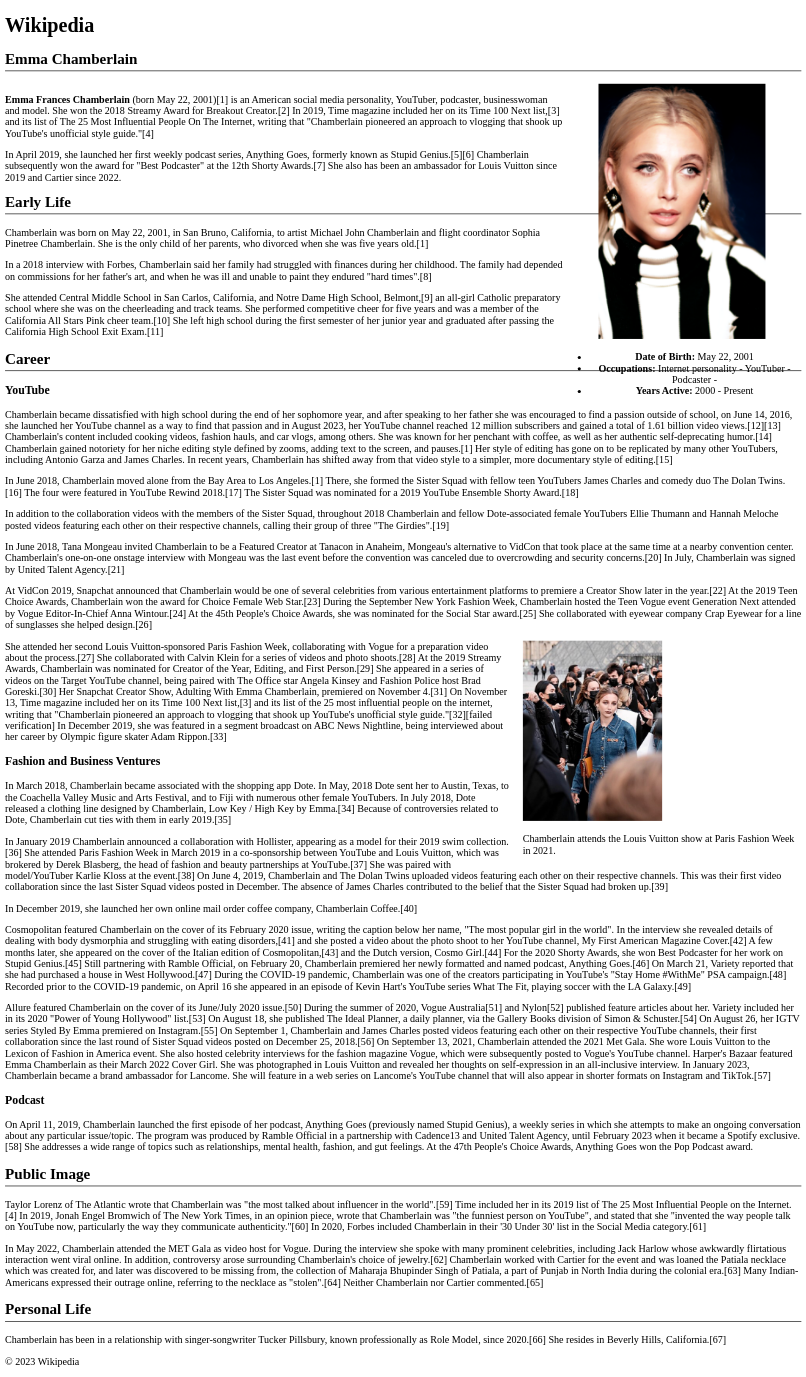
Repository: ethan-schrauf/UniversalDesignWebsite
Page: wikipedia.html
These files come from the project's save history. The page is drawn as it stood at one moment and after the next save; the edit follows.
The browser window is 1280 px wide. The pictures show the whole page, at 63% of full size.

Above is the page before, as saved 2023-09-29 23:13:01.

### wikipedia.html
<!DOCTYPE html>
<html>
<head>
    <title>Emma Chamberlain - Wikipedia</title>
    <style>
        /* Add your CSS for styling here */
        #intro {
            float: left;
            width: 70%;
        }

        #infobox {
            float: right;
            width: 30%;
            text-align: center;
        }

        #infobox img {
            max-width: 100%;
            height: auto;
        }

        /* New section for the fashion week photo */
        #fashion-week-photo {
            float: right;
            width: 35%;
            margin-left: 20px; /* Add some margin to separate it from the text */
        }

        #fashion-week-photo img {
            max-width: 100%;
            height: auto;
        }

        /* Add a line below h2 headings */
        h2 {
            border-bottom: 1px solid #000; /* Change the color and style as needed */
            padding-bottom: 5px; /* Adjust the spacing between the text and the line */
        }

        /* Add the .sr-only class styles */
        .sr-only {
            border: 0;
            clip: rect(0, 0, 0, 0);
            height: 1px;
            margin: -1px;
            overflow: hidden;
            padding: 0;
            position: absolute;
            white-space: nowrap;
            width: 1px;
        }
    </style>
</head>
<body>

<!-- Header -->
<header>
    <h1>Wikipedia</h1>
</header>

<!-- Main content -->
<main>
    <h2>Emma Chamberlain</h2>

    <!-- Intro paragraph -->
    <section id="intro">
        <p><strong>Emma Frances Chamberlain</strong> (born May 22, 2001)[1] is an American social media personality, YouTuber, podcaster, businesswoman and model. She won the 2018 Streamy Award for Breakout Creator.[2] In 2019, Time magazine included her on its Time 100 Next list,[3] and its list of The 25 Most Influential People On The Internet, writing that "Chamberlain pioneered an approach to vlogging that shook up YouTube's unofficial style guide."[4]
        </p>
        <p>In April 2019, she launched her first weekly podcast series, Anything Goes, formerly known as Stupid Genius.[5][6] Chamberlain subsequently won the award for "Best Podcaster" at the 12th Shorty Awards.[7] She also has been an ambassador for Louis Vuitton since 2019 and Cartier since 2022.</p>
    </section>

    <!-- Infobox with photo, date of birth, occupations, and years active -->
    <section id="infobox">
        <img src="images/emma_info_photo.png" alt="Emma Chamberlain in a black striped sweater with black and gold earrings." width="70%">
        <ul>
            <li><b>Date of Birth:</b> May 22, 2001</li>
            <li><b>Occupations:</b> Internet personality - YouTuber - Podcaster -</li>
            <li><b>Years Active:</b> 2000 - Present</li>
        </ul>
    </section>

    <!-- Early life -->

    <h2>Early Life</h2>
    <p>Chamberlain was born on May 22, 2001, in San Bruno, California, to artist Michael John Chamberlain and flight coordinator Sophia Pinetree Chamberlain. She is the only child of her parents, who divorced when she was five years old.[1]</p>
    <p>In a 2018 interview with Forbes, Chamberlain said her family had struggled with finances during her childhood. The family had depended on commissions for her father's art, and when he was ill and unable to paint they endured "hard times".[8]</p>
    <p>She attended Central Middle School in San Carlos, California, and Notre Dame High School, Belmont,[9] an all-girl Catholic preparatory school where she was on the cheerleading and track teams. She performed competitive cheer for five years and was a member of the California All Stars Pink cheer team.[10] She left high school during the first semester of her junior year and graduated after passing the California High School Exit Exam.[11]</p>

    <!-- Career -->
    <h2>Career</h2>

    <!-- YouTube -->
    <h3>YouTube</h3>

    <p>Chamberlain became dissatisfied with high school during the end of her sophomore year, and after speaking to her father she was encouraged to find a passion outside of school, on June 14, 2016, she launched her YouTube channel as a way to find that passion and in August 2023, her YouTube channel reached 12 million subscribers and gained a total of 1.61 billion video views.[12][13] Chamberlain's content included cooking videos, fashion hauls, and car vlogs, among others. She was known for her penchant with coffee, as well as her authentic self-deprecating humor.[14] Chamberlain gained notoriety for her niche editing style defined by zooms, adding text to the screen, and pauses.[1] Her style of editing has gone on to be replicated by many other YouTubers, including Antonio Garza and James Charles. In recent years, Chamberlain has shifted away from that video style to a simpler, more documentary style of editing.[15]</p>
    <p>In June 2018, Chamberlain moved alone from the Bay Area to Los Angeles.[1] There, she formed the Sister Squad with fellow teen YouTubers James Charles and comedy duo The Dolan Twins.[16] The four were featured in YouTube Rewind 2018.[17] The Sister Squad was nominated for a 2019 YouTube Ensemble Shorty Award.[18]</p>
    <p>In addition to the collaboration videos with the members of the Sister Squad, throughout 2018 Chamberlain and fellow Dote-associated female YouTubers Ellie Thumann and Hannah Meloche posted videos featuring each other on their respective channels, calling their group of three "The Girdies".[19]</p>
    <p>In June 2018, Tana Mongeau invited Chamberlain to be a Featured Creator at Tanacon in Anaheim, Mongeau's alternative to VidCon that took place at the same time at a nearby convention center. Chamberlain's one-on-one onstage interview with Mongeau was the last event before the convention was canceled due to overcrowding and security concerns.[20] In July, Chamberlain was signed by United Talent Agency.[21]</p>
    <p>At VidCon 2019, Snapchat announced that Chamberlain would be one of several celebrities from various entertainment platforms to premiere a Creator Show later in the year.[22] At the 2019 Teen Choice Awards, Chamberlain won the award for Choice Female Web Star.[23] During the September New York Fashion Week, Chamberlain hosted the Teen Vogue event Generation Next attended by Vogue Editor-In-Chief Anna Wintour.[24] At the 45th People's Choice Awards, she was nominated for the Social Star award.[25] She collaborated with eyewear company Crap Eyewear for a line of sunglasses she helped design.[26]</p>

    <!-- Add the new section for the photo and description -->
<section id="fashion-week-photo">
    <img src="images/louis-vuitton-show.png" alt="Emma Chamberlain at the Louis Vuitton show at Paris Fashion Week in 2021" width="50%">
    <p>Chamberlain attends the Louis Vuitton show at Paris Fashion Week in 2021.</p>
</section>
    <p>She attended her second Louis Vuitton-sponsored Paris Fashion Week, collaborating with Vogue for a preparation video about the process.[27] She collaborated with Calvin Klein for a series of videos and photo shoots.[28] At the 2019 Streamy Awards, Chamberlain was nominated for Creator of the Year, Editing, and First Person.[29] She appeared in a series of videos on the Target YouTube channel, being paired with The Office star Angela Kinsey and Fashion Police host Brad Goreski.[30] Her Snapchat Creator Show, Adulting With Emma Chamberlain, premiered on November 4.[31] On November 13, Time magazine included her on its Time 100 Next list,[3] and its list of the 25 most influential people on the internet, writing that "Chamberlain pioneered an approach to vlogging that shook up YouTube's unofficial style guide."[32][failed verification] In December 2019, she was featured in a segment broadcast on ABC News Nightline, being interviewed about her career by Olympic figure skater Adam Rippon.[33]</p>

    <!-- Fashion and Business Ventures -->
    <h3>Fashion and Business Ventures</h3>

    <p>In March 2018, Chamberlain became associated with the shopping app Dote. In May, 2018 Dote sent her to Austin, Texas, to the Coachella Valley Music and Arts Festival, and to Fiji with numerous other female YouTubers. In July 2018, Dote released a clothing line designed by Chamberlain, Low Key / High Key by Emma.[34] Because of controversies related to Dote, Chamberlain cut ties with them in early 2019.[35]</p>
    <p>In January 2019 Chamberlain announced a collaboration with Hollister, appearing as a model for their 2019 swim collection.[36] She attended Paris Fashion Week in March 2019 in a co-sponsorship between YouTube and Louis Vuitton, which was brokered by Derek Blasberg, the head of fashion and beauty partnerships at YouTube.[37] She was paired with model/YouTuber Karlie Kloss at the event.[38] On June 4, 2019, Chamberlain and The Dolan Twins uploaded videos featuring each other on their respective channels. This was their first video collaboration since the last Sister Squad videos posted in December. The absence of James Charles contributed to the belief that the Sister Squad had broken up.[39]</p>
    <p>In December 2019, she launched her own online mail order coffee company, Chamberlain Coffee.[40]</p>
    <p>Cosmopolitan featured Chamberlain on the cover of its February 2020 issue, writing the caption below her name, "The most popular girl in the world". In the interview she revealed details of dealing with body dysmorphia and struggling with eating disorders,[41] and she posted a video about the photo shoot to her YouTube channel, My First American Magazine Cover.[42] A few months later, she appeared on the cover of the Italian edition of Cosmopolitan,[43] and the Dutch version, Cosmo Girl.[44] For the 2020 Shorty Awards, she won Best Podcaster for her work on Stupid Genius.[45] Still partnering with Ramble Official, on February 20, Chamberlain premiered her newly formatted and named podcast, Anything Goes.[46] On March 21, Variety reported that she had purchased a house in West Hollywood.[47] During the COVID-19 pandemic, Chamberlain was one of the creators participating in YouTube's "Stay Home #WithMe" PSA campaign.[48] Recorded prior to the COVID-19 pandemic, on April 16 she appeared in an episode of Kevin Hart's YouTube series What The Fit, playing soccer with the LA Galaxy.[49]</p>
    <p>Allure featured Chamberlain on the cover of its June/July 2020 issue.[50] During the summer of 2020, Vogue Australia[51] and Nylon[52] published feature articles about her. Variety included her in its 2020 "Power of Young Hollywood" list.[53] On August 18, she published The Ideal Planner, a daily planner, via the Gallery Books division of Simon & Schuster.[54] On August 26, her IGTV series Styled By Emma premiered on Instagram.[55] On September 1, Chamberlain and James Charles posted videos featuring each other on their respective YouTube channels, their first collaboration since the last round of Sister Squad videos posted on December 25, 2018.[56] On September 13, 2021, Chamberlain attended the 2021 Met Gala. She wore Louis Vuitton to the Lexicon of Fashion in America event. She also hosted celebrity interviews for the fashion magazine Vogue, which were subsequently posted to Vogue's YouTube channel. Harper's Bazaar featured Emma Chamberlain as their March 2022 Cover Girl. She was photographed in Louis Vuitton and revealed her thoughts on self-expression in an all-inclusive interview. In January 2023, Chamberlain became a brand ambassador for Lancome. She will feature in a web series on Lancome's YouTube channel that will also appear in shorter formats on Instagram and TikTok.[57]</p>

     <!-- Podcast -->
     <h3>Podcast</h3>

     <p>On April 11, 2019, Chamberlain launched the first episode of her podcast, Anything Goes (previously named Stupid Genius), a weekly series in which she attempts to make an ongoing conversation about any particular issue/topic. The program was produced by Ramble Official in a partnership with Cadence13 and United Talent Agency, until February 2023 when it became a Spotify exclusive.[58] She addresses a wide range of topics such as relationships, mental health, fashion, and gut feelings. At the 47th People's Choice Awards, Anything Goes won the Pop Podcast award.</p>

     <!-- Public Image -->
     <h2>Public Image</h2>

     <p>Taylor Lorenz of The Atlantic wrote that Chamberlain was "the most talked about influencer in the world".[59] Time included her in its 2019 list of The 25 Most Influential People on the Internet.[4] In 2019, Jonah Engel Bromwich of The New York Times, in an opinion piece, wrote that Chamberlain was "the funniest person on YouTube", and stated that she "invented the way people talk on YouTube now, particularly the way they communicate authenticity."[60] In 2020, Forbes included Chamberlain in their '30 Under 30' list in the Social Media category.[61]</p>
     <p>In May 2022, Chamberlain attended the MET Gala as video host for Vogue. During the interview she spoke with many prominent celebrities, including Jack Harlow whose awkwardly flirtatious interaction went viral online. In addition, controversy arose surrounding Chamberlain's choice of jewelry.[62] Chamberlain worked with Cartier for the event and was loaned the Patiala necklace which was created for, and later was discovered to be missing from, the collection of Maharaja Bhupinder Singh of Patiala, a part of Punjab in North India during the colonial era.[63] Many Indian-Americans expressed their outrage online, referring to the necklace as "stolen".[64] Neither Chamberlain nor Cartier commented.[65]</p>

     <!-- Personal Life -->
     <h2>Personal Life</h2>

     <p>Chamberlain has been in a relationship with singer-songwriter Tucker Pillsbury, known professionally as Role Model, since 2020.[66] She resides in Beverly Hills, California.[67]</p>

     <!-- Honors and Awards -->
</main>

<!-- Footer -->
<footer>
    <p>&copy; 2023 Wikipedia</p>
</footer>

</body>
</html>

After the next save:
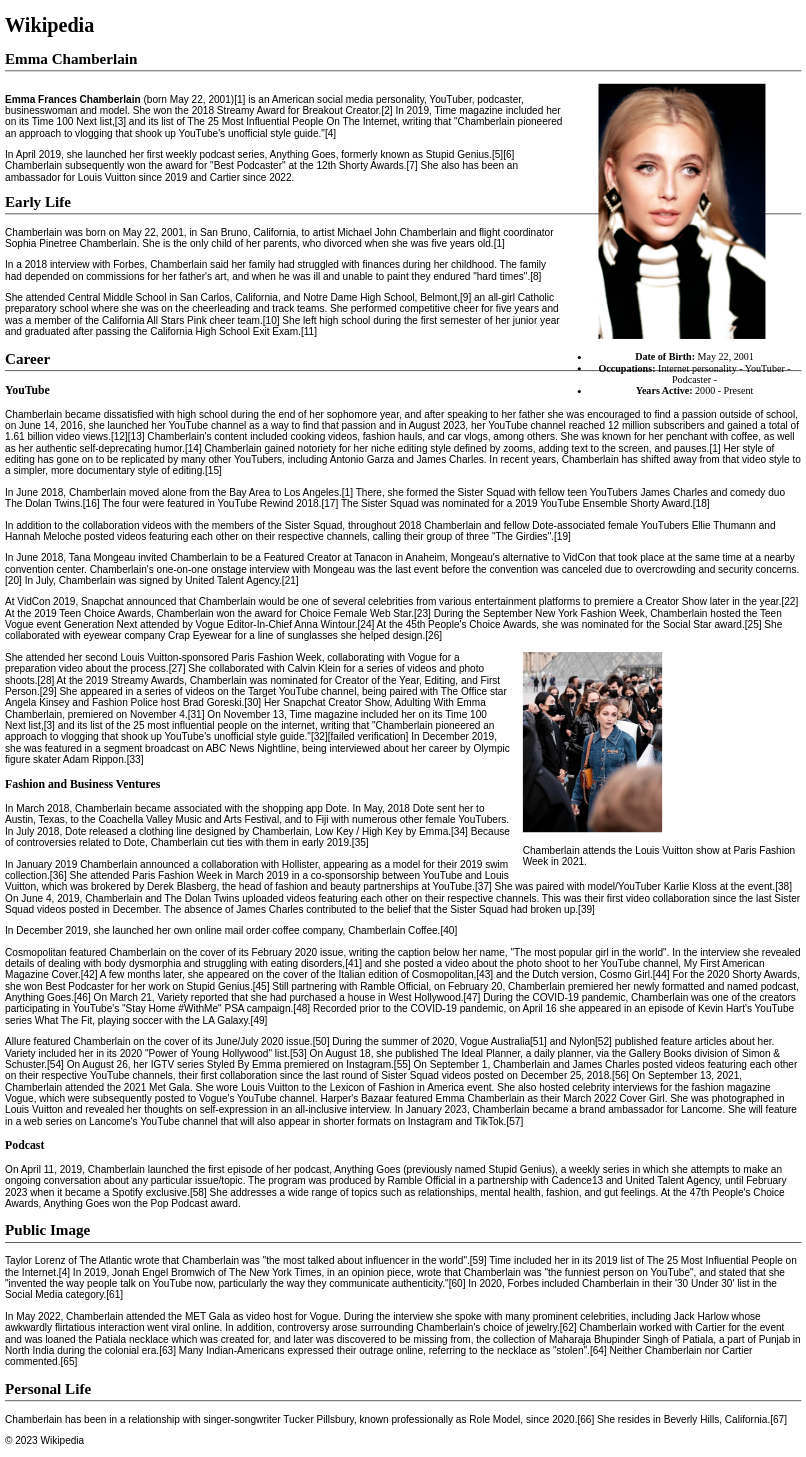
Saved 64 s later.
--- a/wikipedia.html
+++ b/wikipedia.html
@@ -49,6 +49,11 @@
             position: absolute;
             white-space: nowrap;
             width: 1px;
+        }
+
+        /* Apply Arial font to all paragraphs */
+        p {
+            font-family: Arial, sans-serif;
         }
     </style>
 </head>
